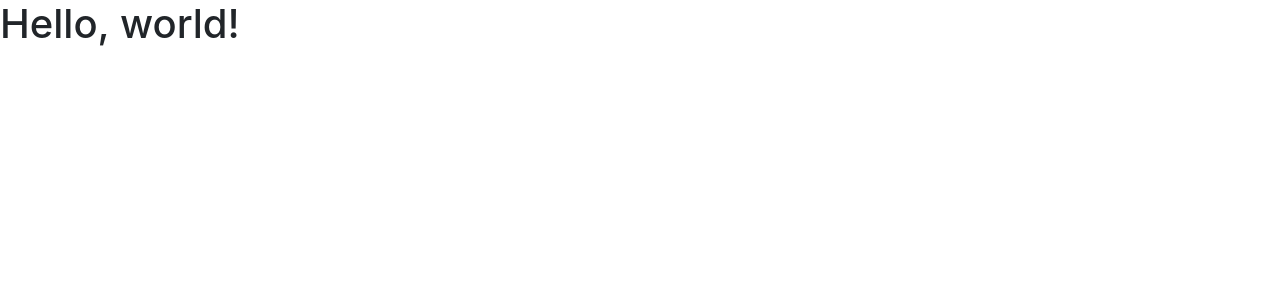
Repository: jessehapuli/jessehapuli.github.io
Page: Bootstrap/index.html
These files come from the project's save history. The page is drawn as it stood at one moment and after the next save; the edit follows.
The browser window is 1280 px wide. The pictures show the whole page.

Above is the page before, as saved 2024-04-24 09:01:21.

After the next save:
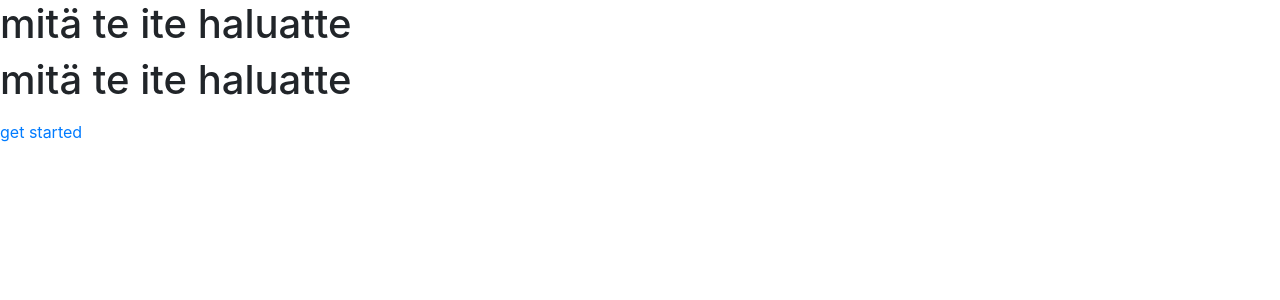
Saved 19 min 5 s later.
--- a/Bootstrap/index.html
+++ b/Bootstrap/index.html
@@ -11,7 +11,13 @@
     <title>Hello, world!</title>
   </head>
   <body>
-    <h1>Hello, world!</h1>
+    <h1>mitä te ite haluatte</h1>
+
+    <section>
+      <h1>mitä te ite haluatte</h1>
+      <p></p>
+      <a href="">get started</a>
+    </section>
 
     <!-- Optional JavaScript; choose one of the two! -->
 
